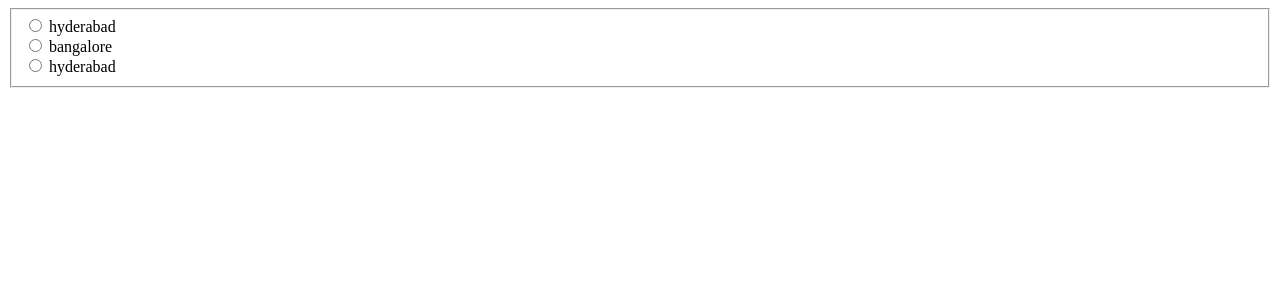
Repository: viveknaidu007/repo-113-HTML
Page: 16.html
An editor plug-in stored every save of this project. The page is shown before and after the next save, followed by the edit.
The browser window is 1280 px wide. The pictures show the whole page.

Above is the page before, as saved 2024-06-25 20:03:02.

After the next save:
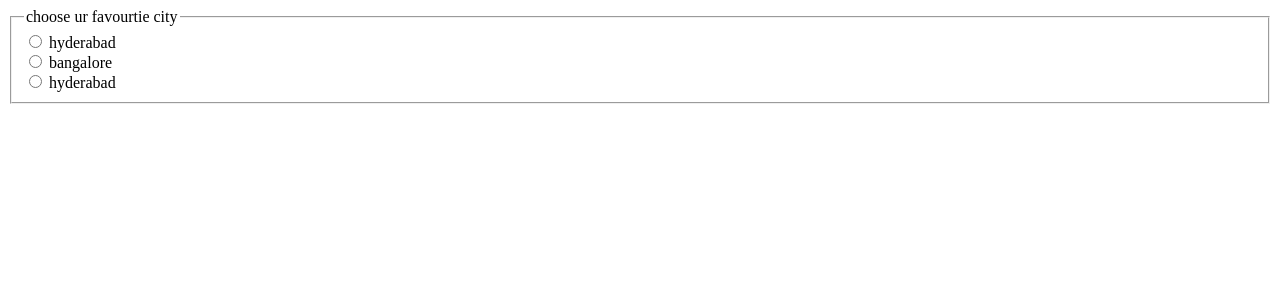
Saved 2 min 35 s later.
--- a/16.html
+++ b/16.html
@@ -9,6 +9,9 @@
 
     <body>
         <fieldset>
+
+            <legend> choose ur favourtie city</legend>
+
             <div>
                 <input type="radio" name="city">
                 <label for=""> hyderabad </label>
